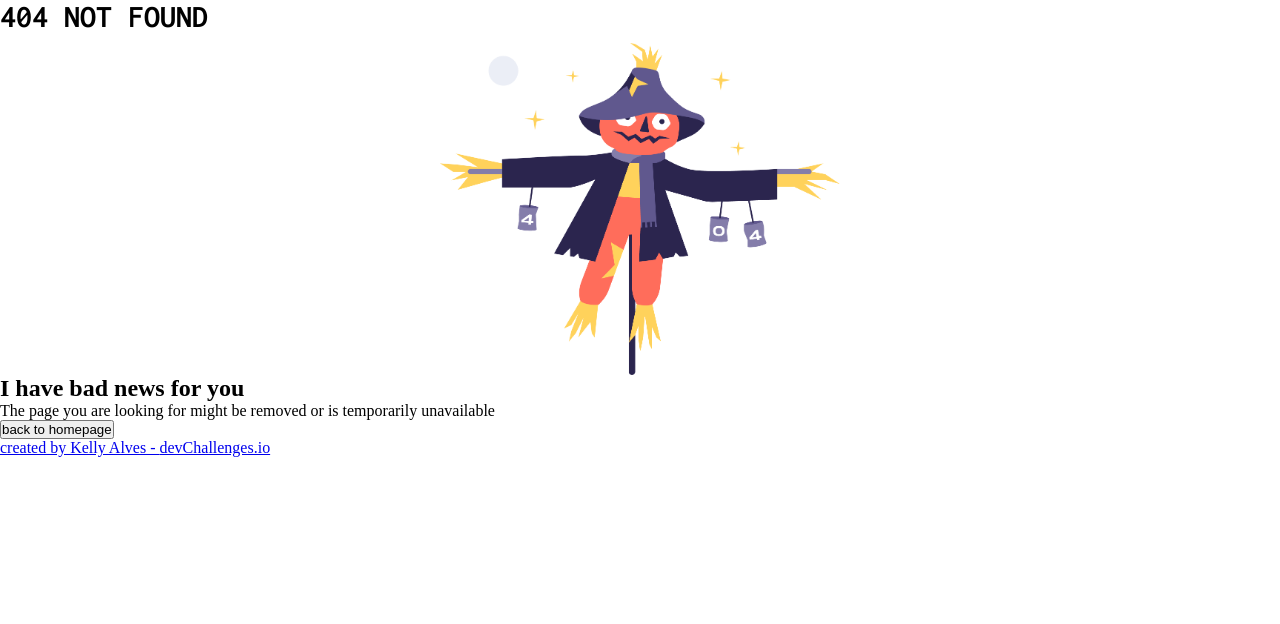
Repository: kellyalves87/404_not_found
Page: index.html
An editor plug-in stored every save of this project. The page is shown before and after the next save, followed by the edit.
The browser window is 1280 px wide. The pictures show the whole page.

Above is the page before, as saved 2021-05-16 16:10:15.

### index.html
<!DOCTYPE html>
<html lang="en">

<head>
  <meta charset="utf-8" />
  <meta name="viewport" content="width=device-width, initial-scale=1,
  maximum-scale=5" />
  <link rel="icon" href="./assets/devchallenges.png" />
  <link rel="shortcut icon" type="image/x-icon" href="https://devchallenges.io/" />
  <link rel="preconnect" href="https://fonts.gstatic.com">
<link href="https://fonts.googleapis.com/css2?family=Inconsolata:wght@700&family=Montserrat:wght@500&family=Space+Mono:ital,wght@0,400;1,700&display=swap" rel="stylesheet">
  <link rel="stylesheet" href="./style/index.css">
  <link rel="stylesheet" href="./style/reset.css">
  <title>Devchallenges</title>
</head>

<header class="header">
  <h1>404 not found</h1>
</header>

<body>
  <section class="content">
    <img src="./assets/Scarecrow.png" alt="straw man">
    <h1>I have bad news for you</h1>
    <p>The page you are looking for might be removed or is temporarily unavailable</p>
  </section>
  <div class="button">
    <button type="button">back to homepage</button>
  </div>
    <footer class="footer">
      <a href="https://github.com/kellyalves87">created by Kelly Alves - <a href="https://devchallenges.io/">devChallenges.io</a>
    </footer>
</body>

</html>

### style/index.css
/* Mobile first */
@media only screen and (max-width: 414px) {
  body {
    display: flex;
    flex-direction: column;
  }

  .header h1 {
    font-family: inconsolata, sans-serif;
    font-size: 1rem;
    text-transform: uppercase;
  }

  .content img {
    padding-top: 10px;
    display: flex;
    margin: auto;
    width: 200px;
  }

  .header,
  .content,
  .button,
  .footer {
    margin: 1rem;
  }

  .content h1,
  p,
  button {
    font-family: Space Mono, sans-serif;
  }

  .content h1,
  button {
    font-weight: 700;
  }

  .content h1 {
    font-size: 2.75rem;
    padding-top: 10px;
    padding-bottom: 10px;
  }

  .content p {
    font-size: 1.1rem;
    font-weight: 400;
    padding-top: 10px;
  }

  button {
    color: #ffffff;
    cursor: pointer;
    background-color: #333333;
    font-size: 14px;
    position: fixed;
    padding: 10px 20px;
    text-transform: uppercase;
  }

  .footer {
    font-size: 0.85rem;
    padding-top: 40px;
  }
  .footer a {
    color: #bdbdbd;
    font-family: Montserrat, sans-serif;
    text-decoration: none;
  }
}

/*Desktop*/

.header h1 {
    font-family: Inconsolata, sans-serif;
    font-style: normal;
    font-weight: bold;
    text-transform: uppercase;
  }

  .content img {
    padding-top: 10px;
    display: flex;
    margin: auto;
    width: 400px;
  }

Loaded but not shown: style/reset.css (common file)

After the next save:
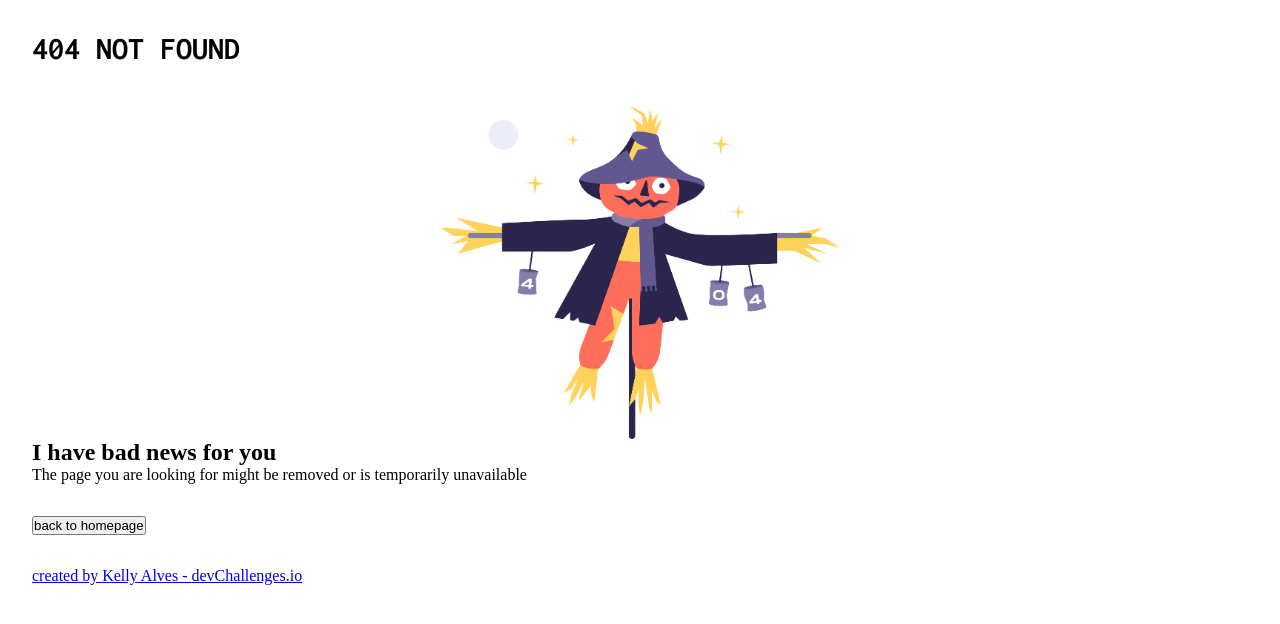
Saved 36 s later.
--- a/style/index.css
+++ b/style/index.css
@@ -84,3 +84,10 @@
     margin: auto;
     width: 400px;
   }
+
+  .header,
+  .content,
+  .button,
+  .footer {
+    margin: 2rem;
+  }
